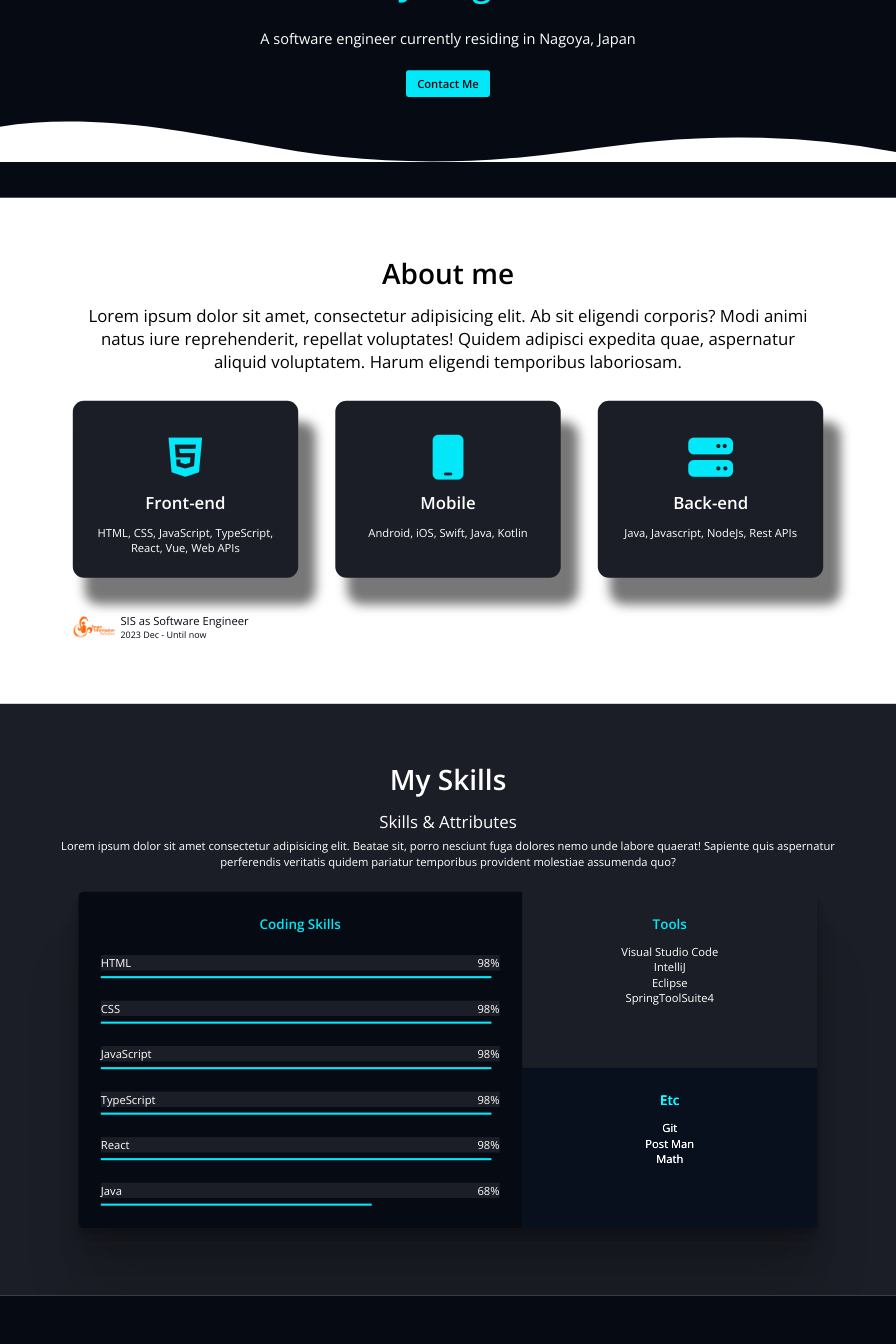
Repository: N1C0N1C0/Portfolio
Page: index.html
An editor plug-in stored every save of this project. The page is shown before and after the next save, followed by the edit.
The browser window is 1280 px wide. The pictures show the part of the page from y = 489 to 2409 px (the page is 4495 px tall before and 4463 px after), at 70% of full size.
Some web libraries are served in a nearby version.

Above is the page before, as saved 2024-01-03 22:32:15.

After the next save:
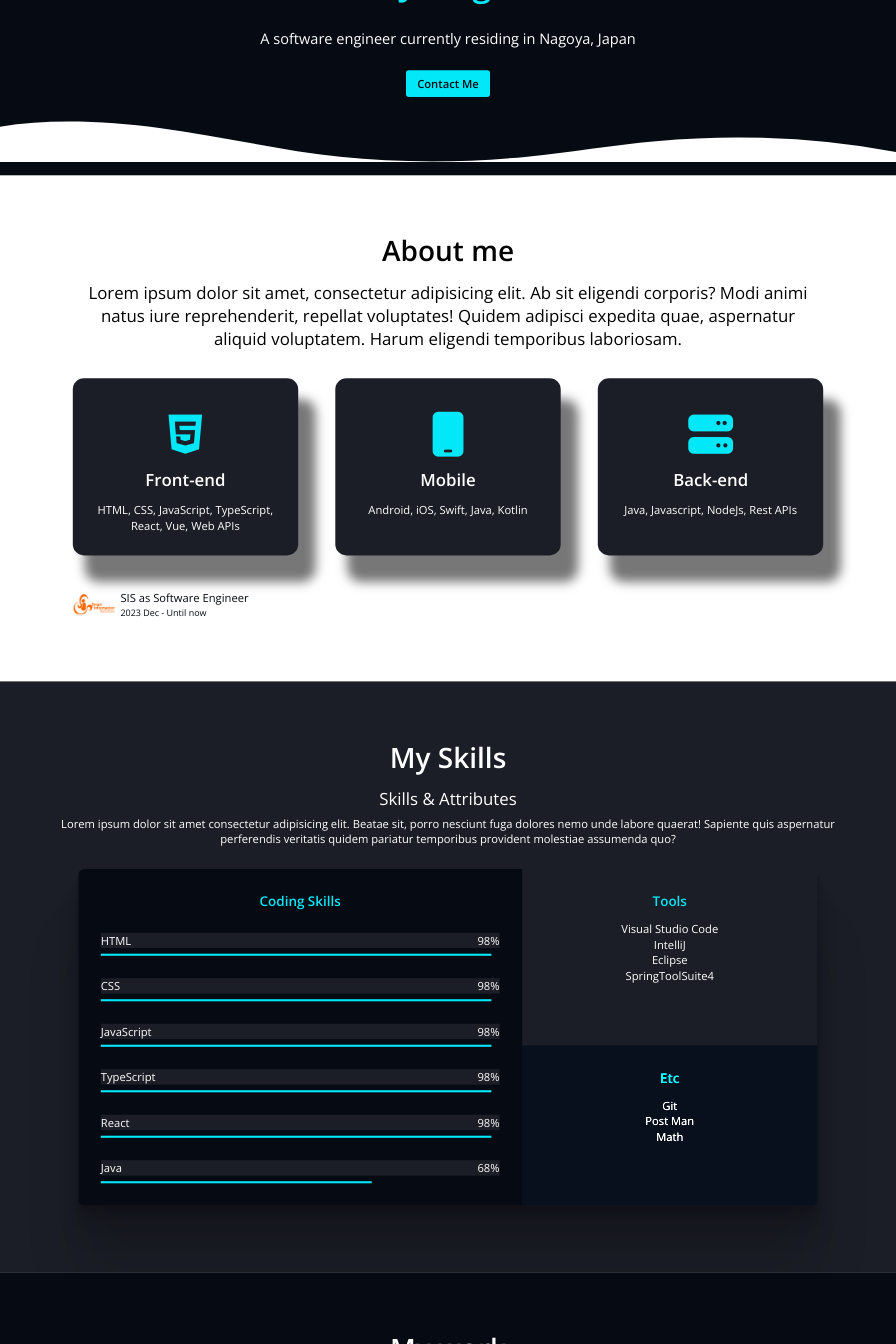
Saved 3 min 2 s later.
--- a/css/style.css
+++ b/css/style.css
@@ -145,7 +145,7 @@ button:focus {
     background-color: var(--color-primary);
     color: var(--color-text);
     padding: 5rem 1rem;
-    padding: 7rem;
+    padding-top: 7rem;
     text-align: center;
 }
 
